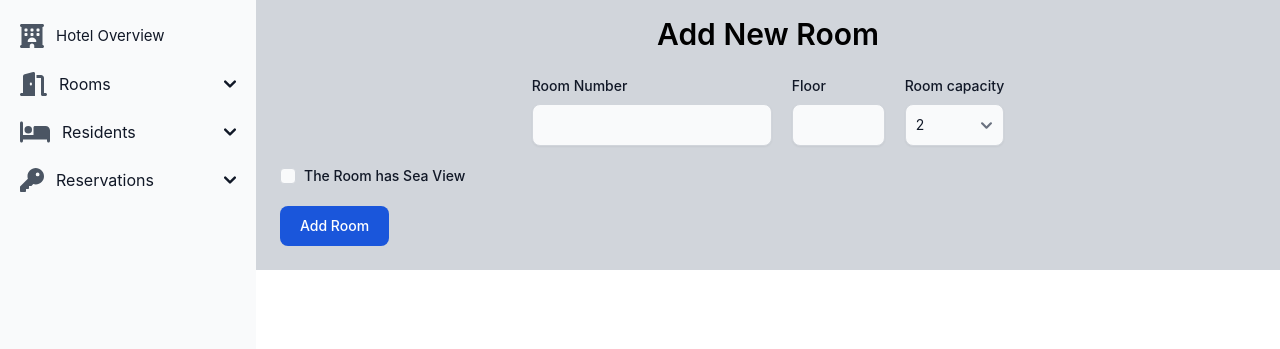
Repository: aggepap/hotelReservationsProj
Page: /rooms/add (app in admin-panel/)
These files come from the project's save history. The page is drawn as it stood at one moment and after the next save; the edit follows.
The browser window is 1280 px wide. The pictures show the whole page.
The project was rebuilt for these pictures with package versions that can differ from the ones it lists, and the page was loaded fresh each time. Also part of the build but not shown: admin-panel/vite.config.ts, admin-panel/src/views/HomeView.vue.

Above is the page before, as saved 2025-01-19 16:02:49.

### admin-panel/index.html
<!DOCTYPE html>
<html lang="">
  <head>
    <meta charset="UTF-8" />
    <link rel="icon" href="/favicon.ico" />
    <meta name="viewport" content="width=device-width, initial-scale=1.0" />
    <title>Vite App</title>
  </head>
  <body>
    <div id="app"></div>
    <script type="module" src="/src/main.ts"></script>
  </body>
</html>

### admin-panel/src/main.ts
import "./assets/main.css";
import "primeicons/primeicons.css";
import "flowbite";

import { createApp } from "vue";
import App from "./App.vue";
import router from "./router";

const app = createApp(App);

app.use(router);

app.mount("#app");

### admin-panel/src/assets/main.css
@import "./base.css";
@tailwind base;
@tailwind components;
@tailwind utilities;

### admin-panel/src/App.vue
<script setup lang="ts">
import { RouterLink, RouterView } from "vue-router";
import { FontAwesomeIcon } from "@fortawesome/vue-fontawesome";
import { faDoorOpen } from "@fortawesome/free-solid-svg-icons";
import { faHotel } from "@fortawesome/free-solid-svg-icons";
import { faBed } from "@fortawesome/free-solid-svg-icons";
import { faKey } from "@fortawesome/free-solid-svg-icons";
</script>

<template>
  <button
    data-drawer-target="sidebar-multi-level-sidebar"
    data-drawer-toggle="sidebar-multi-level-sidebar"
    aria-controls="sidebar-multi-level-sidebar"
    type="button"
    class="inline-flex items-center p-2 mt-2 ms-3 text-sm text-gray-500 rounded-lg sm:hidden hover:bg-gray-100 focus:outline-none focus:ring-2 focus:ring-gray-200 dark:text-gray-400 dark:hover:bg-gray-700 dark:focus:ring-gray-600"
  >
    <span class="sr-only">Open sidebar</span>
    <svg
      class="w-6 h-6"
      aria-hidden="true"
      fill="currentColor"
      viewBox="0 0 20 20"
      xmlns="http://www.w3.org/2000/svg"
    >
      <path
        clip-rule="evenodd"
        fill-rule="evenodd"
        d="M2 4.75A.75.75 0 012.75 4h14.5a.75.75 0 010 1.5H2.75A.75.75 0 012 4.75zm0 10.5a.75.75 0 01.75-.75h7.5a.75.75 0 010 1.5h-7.5a.75.75 0 01-.75-.75zM2 10a.75.75 0 01.75-.75h14.5a.75.75 0 010 1.5H2.75A.75.75 0 012 10z"
      ></path>
    </svg>
  </button>
  <section class="flex flex-row justify-between items-center">
    <aside
      id="sidebar-multi-level-sidebar"
      class="fixed top-0 left-0 z-40 w-64 h-screen transition-transform -translate-x-full sm:translate-x-0"
      aria-label="Sidebar"
    >
      <div class="h-full px-3 py-4 overflow-y-auto bg-gray-50 dark:bg-gray-800">
        <ul class="space-y-2 font-medium">
          <li>
            <a
              href="#"
              class="flex items-center p-2 text-gray-900 rounded-lg dark:text-white hover:bg-gray-100 dark:hover:bg-gray-700 group"
            >
              <FontAwesomeIcon class="text-gray-600 text-2xl" :icon="faHotel" />
              <span class="ms-3">Hotel Overview</span>
            </a>
          </li>
          <li>
            <button
              type="button"
              class="flex items-center w-full p-2 text-base text-gray-900 transition duration-75 rounded-lg group hover:bg-gray-100 dark:text-white dark:hover:bg-gray-700"
              aria-controls="dropdown-rooms"
              data-collapse-toggle="dropdown-rooms"
            >
              <FontAwesomeIcon
                class="text-gray-600 text-2xl"
                :icon="faDoorOpen"
              />

              <span
                class="flex-1 ms-3 text-left rtl:text-right whitespace-nowrap"
                >Rooms</span
              >
              <svg
                class="w-3 h-3"
                aria-hidden="true"
                xmlns="http://www.w3.org/2000/svg"
                fill="none"
                viewBox="0 0 10 6"
              >
                <path
                  stroke="currentColor"
                  stroke-linecap="round"
                  stroke-linejoin="round"
                  stroke-width="2"
                  d="m1 1 4 4 4-4"
                />
              </svg>
            </button>
            <ul id="dropdown-rooms" class="hidden py-2 space-y-2">
              <li>
                <RouterLink
                  to="/rooms/add"
                  class="flex justify-start gap-2 items-start w-full p-2 text-gray-900 transition duration-75 rounded-lg pl-11 group hover:bg-gray-100 dark:text-white dark:hover:bg-gray-700"
                >
                  <i class="pi pi-plus pt-1"></i> Add new Room</RouterLink
                >
              </li>
            </ul>
          </li>
          <li>
            <button
              type="button"
              class="flex items-center w-full p-2 text-base text-gray-900 transition duration-75 rounded-lg group hover:bg-gray-100 dark:text-white dark:hover:bg-gray-700"
              aria-controls="dropdown-residents"
              data-collapse-toggle="dropdown-residents"
            >
              <FontAwesomeIcon class="text-gray-600 text-2xl" :icon="faBed" />

              <span
                class="flex-1 ms-3 text-left rtl:text-right whitespace-nowrap"
                >Residents</span
              >
              <svg
                class="w-3 h-3"
                aria-hidden="true"
                xmlns="http://www.w3.org/2000/svg"
                fill="none"
                viewBox="0 0 10 6"
              >
                <path
                  stroke="currentColor"
                  stroke-linecap="round"
                  stroke-linejoin="round"
                  stroke-width="2"
                  d="m1 1 4 4 4-4"
                />
              </svg>
            </button>
            <ul id="dropdown-residents" class="hidden py-2 space-y-2">
              <li>
                <a
                  href="#"
                  class="flex justify-start gap-2 items-start w-full p-2 text-gray-900 transition duration-75 rounded-lg pl-11 group hover:bg-gray-100 dark:text-white dark:hover:bg-gray-700"
                >
                  <i class="pi pi-plus pt-1"></i> Add a Resident</a
                >
              </li>
            </ul>
          </li>
          <li>
            <button
              type="button"
              class="flex items-center w-full p-2 text-base text-gray-900 transition duration-75 rounded-lg group hover:bg-gray-100 dark:text-white dark:hover:bg-gray-700"
              aria-controls="dropdown-reservations"
              data-collapse-toggle="dropdown-reservations"
            >
              <FontAwesomeIcon class="text-gray-600 text-2xl" :icon="faKey" />

              <span
                class="flex-1 ms-3 text-left rtl:text-right whitespace-nowrap"
                >Reservations</span
              >
              <svg
                class="w-3 h-3"
                aria-hidden="true"
                xmlns="http://www.w3.org/2000/svg"
                fill="none"
                viewBox="0 0 10 6"
              >
                <path
                  stroke="currentColor"
                  stroke-linecap="round"
                  stroke-linejoin="round"
                  stroke-width="2"
                  d="m1 1 4 4 4-4"
                />
              </svg>
            </button>
            <ul id="dropdown-reservations" class="hidden py-2 space-y-2">
              <li>
                <a
                  href="#"
                  class="flex justify-start gap-2 items-start w-full p-2 text-gray-900 transition duration-75 rounded-lg pl-11 group hover:bg-gray-100 dark:text-white dark:hover:bg-gray-700"
                >
                  <i class="pi pi-plus pt-1"></i> Add a Reservation</a
                >
              </li>
            </ul>
          </li>
        </ul>
      </div>
    </aside>

    <main class="flex items-start h-screen w-full pl-64">
      <div class="mx-auto w-full md:p-6 bg-gray-300 pt-12">
        <RouterView />
      </div>
    </main>
  </section>
</template>

### admin-panel/src/router/index.ts
import { createRouter, createWebHistory } from "vue-router";
import HomeView from "../views/HomeView.vue";
import AddRoomView from "@/views/roomviews/AddRoomView.vue";

const router = createRouter({
  history: createWebHistory(import.meta.env.BASE_URL),
  routes: [
    {
      path: "/",
      name: "home",
      component: HomeView,
    },
    {
      path: "/rooms/add",
      name: "addRoom",
      component: AddRoomView,
    },
    {
      path: "/about",
      name: "about",
      // route level code-splitting
      // this generates a separate chunk (About.[hash].js) for this route
      // which is lazy-loaded when the route is visited.
      component: () => import("../views/AboutView.vue"),
    },
  ],
});

export default router;

### admin-panel/src/views/roomviews/AddRoomView.vue
<script setup></script>

<template>
  <h2 class="text-black text-3xl text-center leading-5 font-semibold mb-8">
    Add New Room
  </h2>
  <form class="w-full mx-auto">
    <div class="flex items-center justify-center gap-5">
      <div class="mb-5">
        <label
          for="newRoomNumber"
          class="block mb-2 text-sm font-medium text-gray-900 dark:text-white"
          >Room Number</label
        >
        <input
          type="number"
          id="newRoomNumber"
          class="shadow-sm bg-gray-50 border border-gray-300 text-gray-900 text-sm rounded-lg focus:ring-blue-500 focus:border-blue-500 block w-full p-2.5 dark:bg-gray-700 dark:border-gray-600 dark:placeholder-gray-400 dark:text-white dark:focus:ring-blue-500 dark:focus:border-blue-500 dark:shadow-sm-light"
          min="1"
          required
        />
      </div>
      <div class="mb-5">
        <label
          for="floorNumber"
          class="block mb-2 text-sm font-medium text-gray-900 dark:text-white"
          >Floor</label
        >
        <input
          type="number"
          id="floorNumber"
          class="shadow-sm bg-gray-50 border border-gray-300 text-gray-900 text-sm rounded-lg focus:ring-blue-500 focus:border-blue-500 block w-full p-2.5 dark:bg-gray-700 dark:border-gray-600 dark:placeholder-gray-400 dark:text-white dark:focus:ring-blue-500 dark:focus:border-blue-500 dark:shadow-sm-light"
          min="1"
          max="15"
          required
        />
      </div>
      <div class="mb-5">
        <label
          for="repeat-password"
          class="block mb-2 text-sm font-medium text-gray-900 dark:text-white"
          >Room capacity</label
        >
        <select
          id="roomCapacity"
          class="shadow-sm bg-gray-50 border border-gray-300 text-gray-900 text-sm rounded-lg focus:ring-blue-500 focus:border-blue-500 block w-full p-2.5 dark:bg-gray-700 dark:border-gray-600 dark:placeholder-gray-400 dark:text-white dark:focus:ring-blue-500 dark:focus:border-blue-500 dark:shadow-sm-light"
          required
        >
          <option value="double">2</option>
          <option value="triple">3</option>
          <option value="family">4</option>
        </select>
      </div>
    </div>
    <div class="flex items-start mb-5">
      <div class="flex items-center h-5">
        <input
          id="hasSeaview"
          type="checkbox"
          value=""
          class="w-4 h-4 border border-gray-300 rounded bg-gray-50 focus:ring-3 focus:ring-blue-300 dark:bg-gray-700 dark:border-gray-600 dark:focus:ring-blue-600 dark:ring-offset-gray-800 dark:focus:ring-offset-gray-800"
          required
        />
      </div>
      <label
        for="terms"
        class="ms-2 text-sm font-medium text-gray-900 dark:text-gray-300"
        >The Room has Sea View</label
      >
    </div>

    <button
      type="submit"
      class="text-white bg-blue-700 hover:bg-blue-800 focus:ring-4 focus:outline-none focus:ring-blue-300 font-medium rounded-lg text-sm px-5 py-2.5 text-center dark:bg-blue-600 dark:hover:bg-blue-700 dark:focus:ring-blue-800"
    >
      Add Room
    </button>
  </form>
</template>

### admin-panel/tailwind.config.js
/** @type {import('tailwindcss').Config} */
export default {
  content: [
    "./index.html",
    "./src/**/*.{vue,js,ts,jsx,tsx}",
    "./node_modules/flowbite/**/*.js",
  ],
  theme: {
    extend: {},
  },
  plugins: [require("flowbite/plugin")],
};

Loaded but not shown: admin-panel/src/assets/base.css (common file)

After the next save:
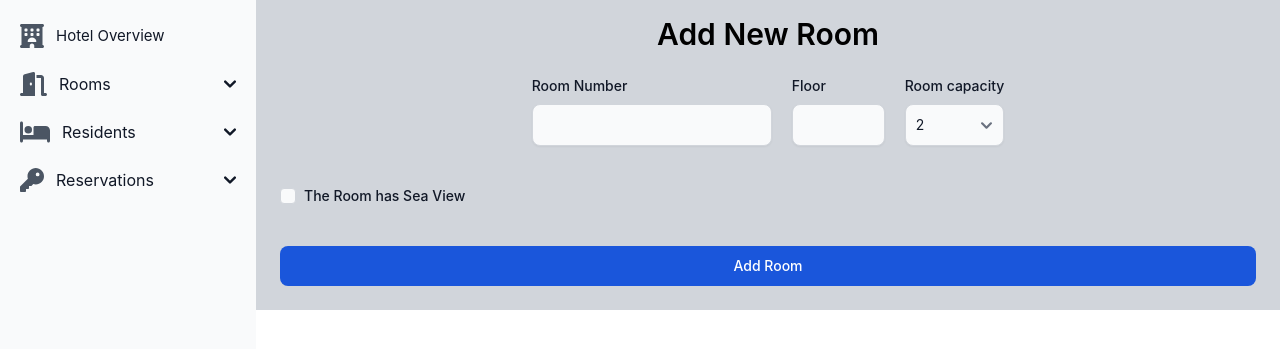
Saved 25 s later.
--- a/admin-panel/src/views/roomviews/AddRoomView.vue
+++ b/admin-panel/src/views/roomviews/AddRoomView.vue
@@ -4,7 +4,7 @@
   <h2 class="text-black text-3xl text-center leading-5 font-semibold mb-8">
     Add New Room
   </h2>
-  <form class="w-full mx-auto">
+  <form class="w-full mx-auto flex flex-col gap-5">
     <div class="flex items-center justify-center gap-5">
       <div class="mb-5">
         <label
